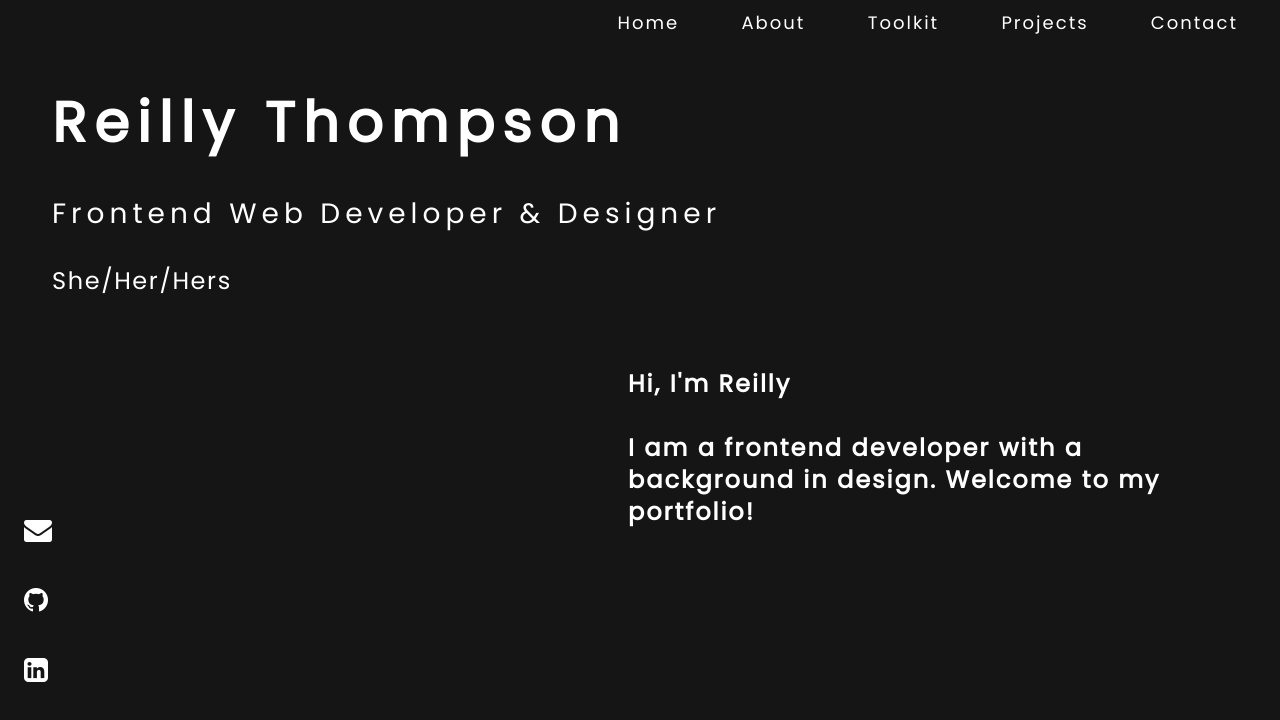
Repository: Rthompson2548/portfolio
Page: index.html
These files come from the project's save history. The page is drawn as it stood at one moment and after the next save; the edit follows.
The browser window is 1280 px wide. The pictures show the whole page.
Some web libraries are served in a nearby version.

Above is the page before, as saved 2022-04-13 10:51:58.

After the next save:
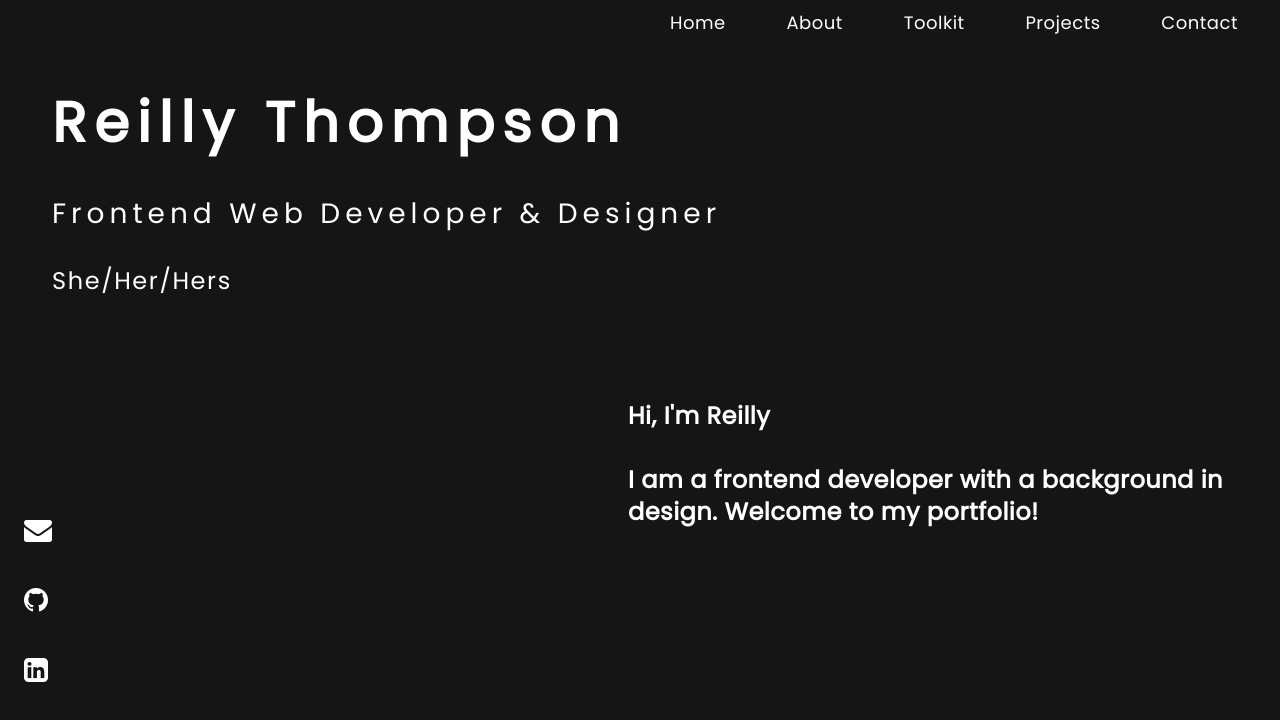
Saved 53 s later.
--- a/style.css
+++ b/style.css
@@ -4,7 +4,7 @@
   max-width: 100%;
   background-color: #151515;
   color: #fff;
-  letter-spacing: 2px;
+  letter-spacing: 0.5px;
 }
 
 a {
